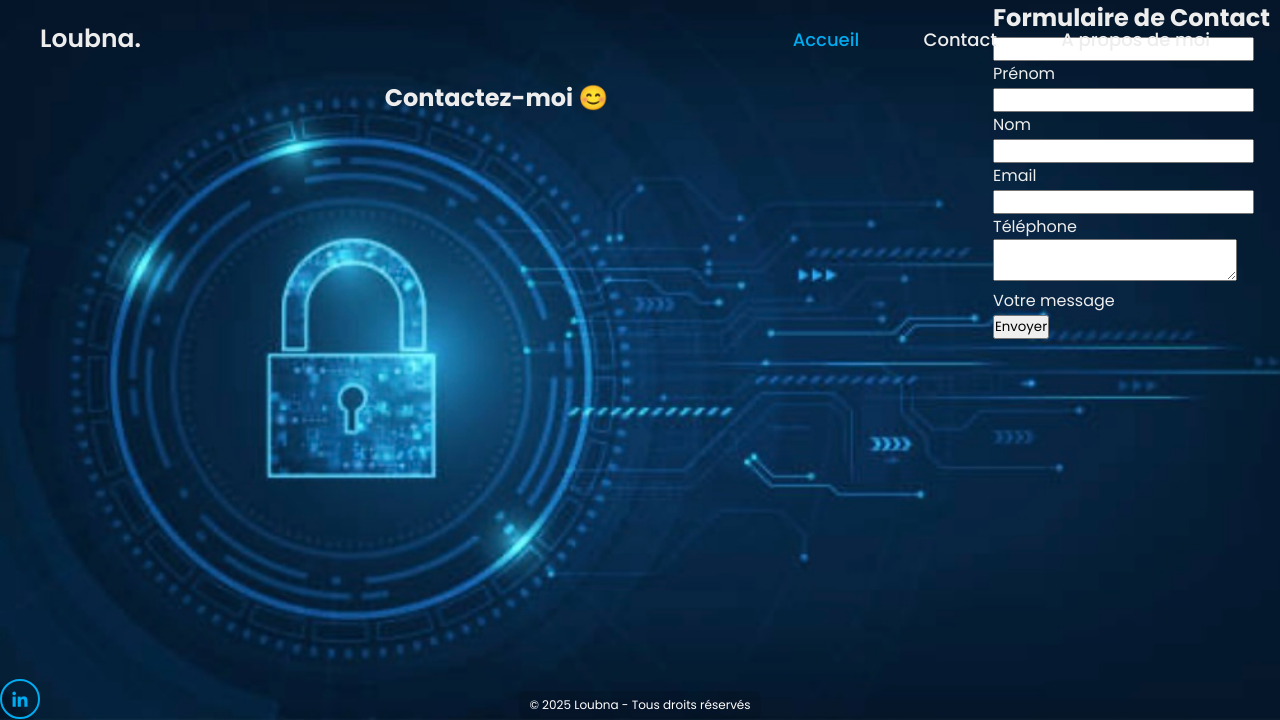
Repository: Loubna77290/Portfolio-de-Loubna
Page: contact.html
The author's editor kept a copy of each file at every save. The page is drawn from the files as they stood at one save, then again after the next save.
The browser window is 1280 px wide. The pictures show the whole page.

Above is the page before, as saved 2025-03-10 23:06:18.

After the next save:
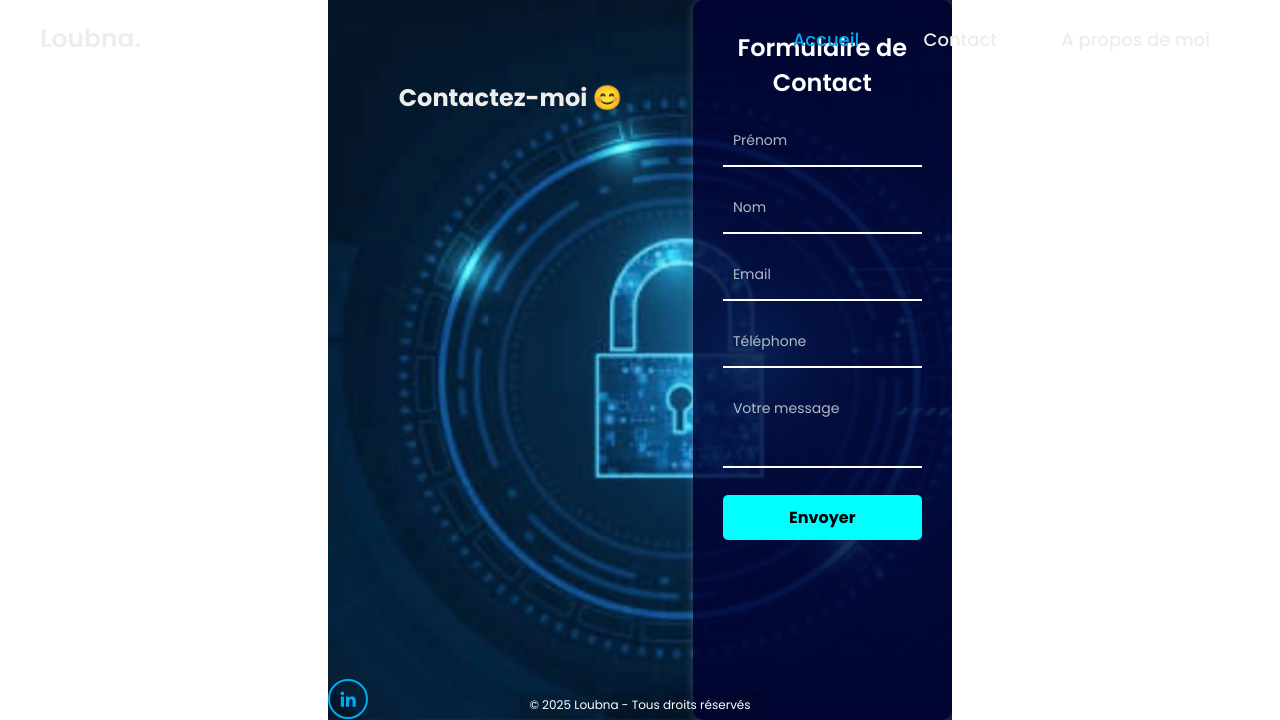
Not found: background.jpg
Saved 2 min 19 s later.
--- a/style.css
+++ b/style.css
@@ -388,21 +388,94 @@ footer {
     }
 
 
-
-
-
-
-
-
- }:before {
-        content: '';
-        position: absolute;
-        top: 0;
-        right: 0;
-        width: 100%;
-        height: 100%;
-        background: #081b294d;
-        animation: showRight 1s ease forwards;
-        animation-delay: 19s;
-        z-index: 2;
-         }
+    /* style fiche contact css  */
+
+@import url('https://fonts.googleapis.com/css2?family=Poppins:wght@300;400;600&display=swap');
+
+{
+    margin: 0;
+    padding: 0;
+    box-sizing: border-box;
+    font-family: 'Poppins', sans-serif;
+}
+
+body {
+    display: flex;
+    justify-content: center;
+    align-items: center;
+    height: 100vh;
+    background: url('background.jpg') no-repeat center center/cover;
+}
+
+.container {
+    background: rgba(0, 0, 50, 0.8);
+    padding: 30px;
+    border-radius: 10px;
+    box-shadow: 0 0 10px rgba(255, 255, 255, 0.2);
+    width: 400px;
+    text-align: center;
+    color: white;
+}
+
+h2 {
+    margin-bottom: 20px;
+    font-weight: 600;
+}
+
+.input-group {
+    position: relative;
+    margin-bottom: 20px;
+}
+
+.input-group input,
+.input-group textarea {
+    width: 100%;
+    padding: 10px;
+    background: transparent;
+    border: none;
+    border-bottom: 2px solid white;
+    outline: none;
+    color: white;
+    font-size: 16px;
+}
+
+.input-group label {
+    position: absolute;
+    left: 10px;
+    top: 10px;
+    font-size: 14px;
+    color: rgba(255, 255, 255, 0.7);
+    transition: 0.3s;
+}
+
+.input-group input:focus ~ label,
+.input-group textarea:focus ~ label,
+.input-group input:valid ~ label,
+.input-group textarea:valid ~ label {
+    top: -10px;
+    font-size: 12px;
+    color: cyan;
+}
+
+textarea {
+    resize: none;
+    height: 80px;
+}
+
+button {
+    width: 100%;
+    padding: 10px;
+    background: cyan;
+    border: none;
+    color: black;
+    font-size: 16px;
+    font-weight: bold;
+    cursor: pointer;
+    border-radius: 5px;
+    transition: 0.3s;
+}
+
+button:hover {
+    background: white;
+    color: cyan;
+}
